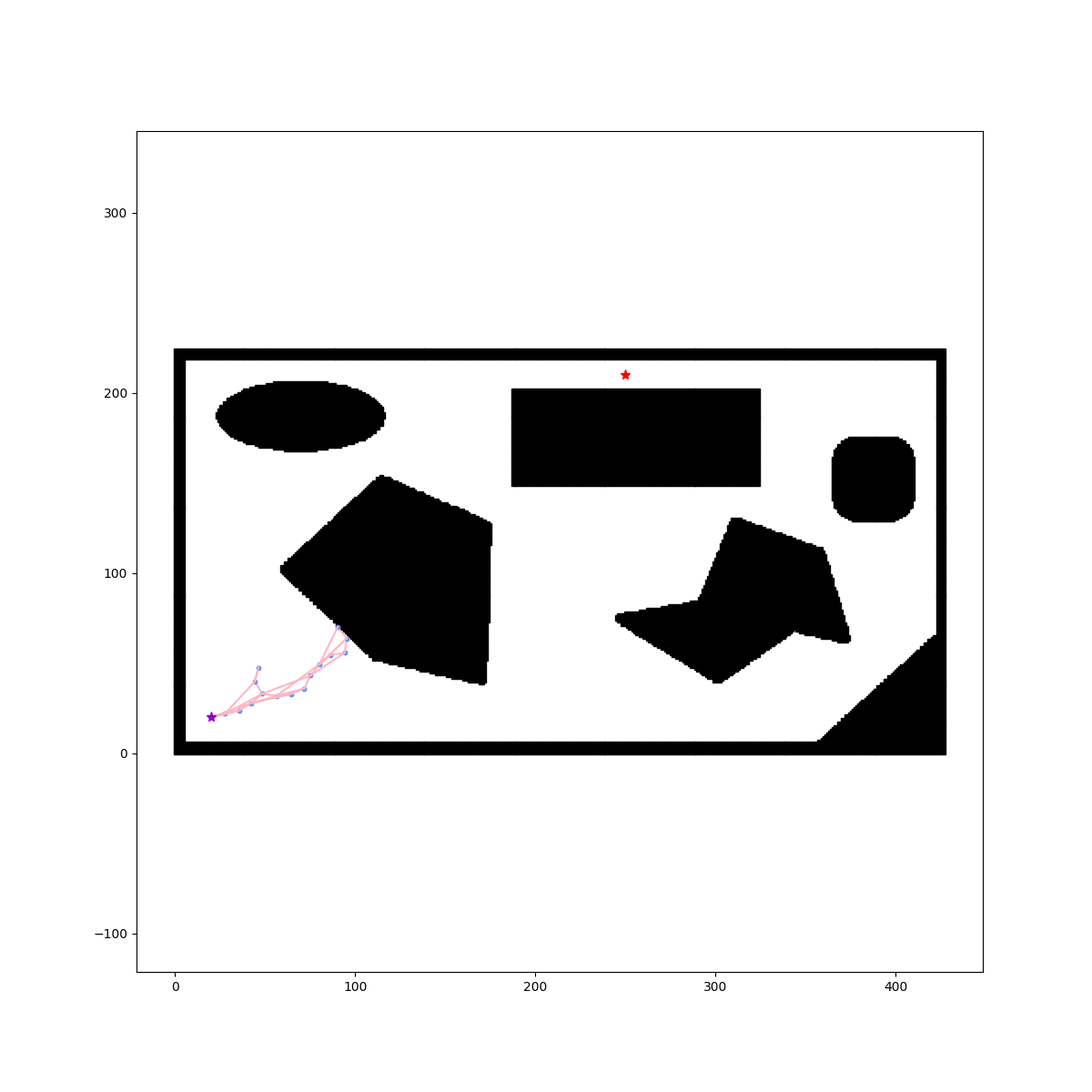
Repository: BaoL067/Pnc-Learning
Script's output: python sampling_based_planner/rrt_star.py
An editor plug-in stored every save of this project. The script's output is shown before and after the next save, followed by the edit.
The pictures are shown at 91% of full size.
Animations are shown at an early frame. Random numbers start from a fixed seed. It also reads sampling_based_planner/maps/map3.png.

Above is the script's output before, as saved 2024-10-06 17:09:11.

### sampling_based_planner/rrt_star.py
import math
import random

import sys
import matplotlib.pyplot as plt
import cv2
import pathlib
import numpy as np

SHOW_SAMPLING_PROCESS = True
random.seed(0)
class RRTStar:
    class Node:
        def __init__(self, x, y):
            # the position of node
            self.x = x
            self.y = y
            # the path between current node and its parent
            self.path_x = []
            self.path_y = []
            # the cost of node
            self.cost = 0
            # the parent of node
            self.parent = None

        def reset(self):
            self.path_x = []
            self.path_y = []
            self.parent = None


    def __init__(self,
                start,
                goal,
                x_rand_area,
                y_rand_area,
                obstacle_map = None,
                extend_dist = 10.0,
                path_resolution = 1.0,
                goal_sample_rate = 10,
                max_iter = 1000,
                near_nodes_dist_threshold = 30.0,
                search_until_max_iter = False):

        self.start = self.Node(start[0], start[1])
        self.end = self.Node(goal[0], goal[1])
        self.x_min_rand = x_rand_area[0]
        self.x_max_rand = x_rand_area[1]
        self.y_min_rand = y_rand_area[0]
        self.y_max_rand = y_rand_area[1]
        self.obstacle_map = obstacle_map
        self.extend_dist = extend_dist
        self.path_resolution = path_resolution
        self.goal_sample_rate = goal_sample_rate
        self.max_iter = max_iter

        self.near_nodes_dist_threshold = near_nodes_dist_threshold
        self.search_until_max_iter = search_until_max_iter

        self.goal_node = self.Node(goal[0], goal[1])
        self.node_list = []

    def planning(self):
        self.draw_start_and_goal()
        self.node_list = [self.start]

        for i in range(self.max_iter):
            # TODO: 1. generate random node within the x/y range
            random_node = self.generate_random_node()

            # TODO: 2. find the nearest node to random node in the tree
            nearest_node = min(self.node_list, key=lambda node: math.hypot(node.x - random_node.x, node.y - random_node.y))

            # TODO: 3. Steer the nearest_node to random with extend_dist
            dx = random_node.x - nearest_node.x
            dy = random_node.y - nearest_node.y
            d = math.hypot(dx, dy)
            if d >= self.extend_dist:
                new_node = self.Node(nearest_node.x + self.extend_dist * dx / d, nearest_node.y + self.extend_dist * dy / d)
                self.rewire(new_node, nearest_node)
            else:
                continue

            if self.check_collision_with_obs_map(new_node, self.obstacle_map):
                # RRT implementation
                self.node_list.append(new_node)
                self.draw_node_and_edge(new_node)
                # RRT* implementation
                # TODO: 4. find nodes near the new_node, and choose the parent which maintains a minimum-cost from the start node
                near_nodes = [node for node in self.node_list if math.hypot(node.x - new_node.x, node.y - new_node.y) <= self.near_nodes_dist_threshold]
                while near_nodes:
                    optimal_node = min(near_nodes, key=lambda node: node.cost + math.hypot(node.x - new_node.x, node.y - new_node.y))
                    near_nodes.remove(optimal_node)
                    self.rewire(new_node, optimal_node)
                    if not self.check_collision_with_obs_map(new_node, self.obstacle_map):
                        new_node.reset()
                        continue
                    else:
                        self.draw_node_and_edge(new_node)
                        break
                # # while near_nodes:
                # #     near_nodes.remove(optimal_node)
                # #     new_node.rewire(optimal_node)
                # #     if self.check_collision_with_obs_map(new_node, self.obstacle_map):
                # #         break
                # #     else:
                # #         new_node.reset()
                # #         continue

                # # TODO: 5. rewire the tree and draw current node and the edge between it and its parent node
                # for near_node in near_nodes:
                #     if near_node.cost > new_node.cost + math.hypot(near_node.x - new_node.x, near_node.y - new_node.y):
                #         near_node.rewire(new_node)
                #         if not self.check_collision_with_obs_map(near_node, self.obstacle_map):
                #             near_node.reset()
                #             continue
                #         # self.draw_node_and_edge(near_node)
            else:
                new_node.reset()
                continue

            # TODO: 6. check if the tree has extended to the vicinity of the goal point, if so, select a suitable
            # node directly to connect to the goal, if the edge does not collide with obstacles, the search can
            # be finished, return the entire path which is extracted by backtracking.
            if ((not self.search_until_max_iter) and new_node):
                if (math.hypot(new_node.x - self.end.x, new_node.y - self.end.y) <= self.extend_dist):
                    self.rewire(self.end, new_node)
                    if self.check_collision_with_obs_map(self.end, self.obstacle_map):
                        return self.backtracking(len(self.node_list) - 1)
                    else:
                        self.end.reset()

        print("reach max iteration")
        # TODO: 7. reach max iteration, backtracking to extract the path between the last node and the start node
        return self.backtracking(len(self.node_list) - 1)

    def generate_random_node(self):
        if random.randint(0, 100) > self.goal_sample_rate:
            random_node = self.Node(random.uniform(self.x_min_rand, self.x_max_rand),
                                    random.uniform(self.y_min_rand, self.y_max_rand))
            return random_node
        else:  # select goal point
            return self.Node(self.end.x, self.end.y)

    def backtracking(self, goal_idx):
        """
            backtracking from last index to retrieve the entire path.
        """
        path = [[self.end.x, self.end.y]]
        node = self.node_list[goal_idx]
        while node.parent is not None:
            path.append([node.x, node.y])
            node = node.parent
        path.append([node.x, node.y])

        return path

    def check_collision_with_obs_map(self, node, obstacle_map):
        if node is None or obstacle_map[round(node.x)][round(node.y)] == True:
            return False

        for x, y in zip(node.path_x, node.path_y):
            if (obstacle_map[round(x)][round(y)] == True):
                return False  # collision

        return True  # safe

    def draw_start_and_goal(self):
        plt.plot(self.start.x, self.start.y, marker='*', color='darkviolet', markersize=8, zorder=100000)
        plt.plot(self.end.x, self.end.y, marker='*', color='r', markersize=8, zorder=100000)

    def draw_node_and_edge(self, node):
        # for stopping simulation with the esc key.
        plt.gcf().canvas.mpl_connect('key_release_event',
                                    lambda event: [exit(0) if event.key == 'escape' else None])
        plt.plot(node.x, node.y, '.', color='cornflowerblue')
        if node.parent:
            plt.plot(node.path_x, node.path_y, '-', color='lightpink')
        if (SHOW_SAMPLING_PROCESS):
            plt.pause(0.00000001)

    def generate_path(self, node):
        dx = node.x - node.parent.x
        dy = node.y - node.parent.y
        d = math.hypot(dx, dy)

        steps = int(round(d / self.path_resolution))

        node.path_x = np.linspace(node.parent.x, node.x, steps).tolist()
        node.path_y = np.linspace(node.parent.y, node.y, steps).tolist()

    def rewire(self, node, new_parent):
        node.parent = new_parent
        self.generate_path(node)
        node.cost = new_parent.cost + math.hypot(node.x - new_parent.x, node.y - new_parent.y)


def preprocess_image(image, threshold):
    # convert to gray image
    gray_img = cv2.cvtColor(image, cv2.COLOR_RGB2GRAY)
    # binarization
    _, binary_img = cv2.threshold(gray_img, threshold, 255, cv2.THRESH_BINARY)
    return binary_img

def extract_obstacle_list_from_img(binary_img):
    obstacle_x_list = []
    obstacle_y_list = []
    # get the size of binary image
    rows, cols = binary_img.shape[:2]

    for i in range(rows):
        for j in range(cols):
            if binary_img[i, j] == 0:
                # convert image frame to world frame
                obstacle_x_list.append(j)
                obstacle_y_list.append(rows - i - 1)

    return obstacle_x_list, obstacle_y_list

def extract_obstacle_map_list_from_img(binary_img):
    # get the size of binary image
    img_rows, img_cols = binary_img.shape[:2]

    # convert image frame to world frame
    map_x_size = img_cols
    map_y_size = img_rows

    # construct obstacle map
    obstacle_map = [[False for y in range(map_y_size)] for x in range(map_x_size)]

    for x in range(map_x_size):
        for y in range(map_y_size):
            if binary_img[map_y_size - y - 1, x] == 0:
                obstacle_map[x][y] = True

    return obstacle_map

def main():
    # read image map
    image = cv2.imread(str(pathlib.Path.cwd()) + "\sampling_based_planner\maps\map3.png")
    # transform to binary image
    binary_img = preprocess_image(image, 127)
    # extract obstacle map from image
    obstacle_map = extract_obstacle_map_list_from_img(binary_img)

    x_size = len(obstacle_map)
    y_size = len(obstacle_map[0])

    obs_x_list, obs_y_list = [], []
    for x in range(len(obstacle_map)):
        for y in range(len(obstacle_map[0])):
            if obstacle_map[x][y] == True:
                obs_x_list.append(x)
                obs_y_list.append(y)

    plt.figure(figsize=(12, 12))
    plt.axis("equal")
    plt.plot(obs_x_list, obs_y_list, 'sk', markersize=2)

    rrt_star = RRTStar(
        start=[20, 20],
        goal=[250, 210],
        x_rand_area=[0, len(obstacle_map)],
        y_rand_area=[0, len(obstacle_map[0])],
        obstacle_map=obstacle_map,
        extend_dist=8.0,
        max_iter=3000,
        near_nodes_dist_threshold=30.0,
        search_until_max_iter=False)

    path = rrt_star.planning()
    path_nodes_num = len(path)

    if path is None:
        print("Cannot find path")
    else:
        print("Find path!")

    # draw final path
    plt.plot([x for (x, y) in path], [y for (x, y) in path], '-', linewidth=2.0, color='palegreen')
    plt.title(f"Path Nodes Num: {path_nodes_num}")
    plt.show()

if __name__ == '__main__':
    main()

After the next save:
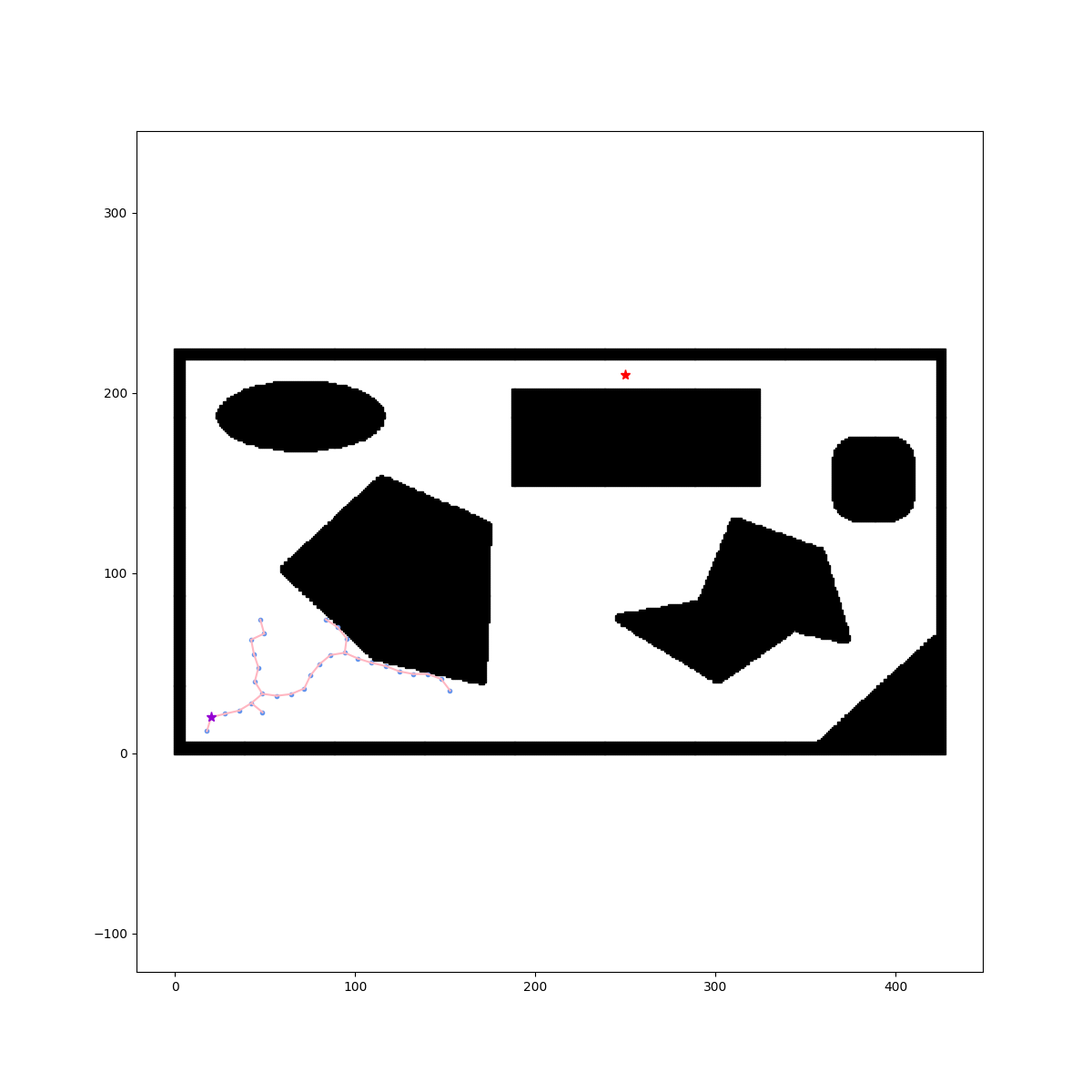
Saved 4 s later.
--- a/sampling_based_planner/rrt_star.py
+++ b/sampling_based_planner/rrt_star.py
@@ -85,19 +85,19 @@ class RRTStar:
                 # RRT implementation
                 self.node_list.append(new_node)
                 self.draw_node_and_edge(new_node)
-                # RRT* implementation
-                # TODO: 4. find nodes near the new_node, and choose the parent which maintains a minimum-cost from the start node
-                near_nodes = [node for node in self.node_list if math.hypot(node.x - new_node.x, node.y - new_node.y) <= self.near_nodes_dist_threshold]
-                while near_nodes:
-                    optimal_node = min(near_nodes, key=lambda node: node.cost + math.hypot(node.x - new_node.x, node.y - new_node.y))
-                    near_nodes.remove(optimal_node)
-                    self.rewire(new_node, optimal_node)
-                    if not self.check_collision_with_obs_map(new_node, self.obstacle_map):
-                        new_node.reset()
-                        continue
-                    else:
-                        self.draw_node_and_edge(new_node)
-                        break
+                # # RRT* implementation
+                # # TODO: 4. find nodes near the new_node, and choose the parent which maintains a minimum-cost from the start node
+                # near_nodes = [node for node in self.node_list if math.hypot(node.x - new_node.x, node.y - new_node.y) <= self.near_nodes_dist_threshold]
+                # while near_nodes:
+                #     optimal_node = min(near_nodes, key=lambda node: node.cost + math.hypot(node.x - new_node.x, node.y - new_node.y))
+                #     near_nodes.remove(optimal_node)
+                #     self.rewire(new_node, optimal_node)
+                #     if not self.check_collision_with_obs_map(new_node, self.obstacle_map):
+                #         new_node.reset()
+                #         continue
+                #     else:
+                #         self.draw_node_and_edge(new_node)
+                #         break
                 # # while near_nodes:
                 # #     near_nodes.remove(optimal_node)
                 # #     new_node.rewire(optimal_node)
